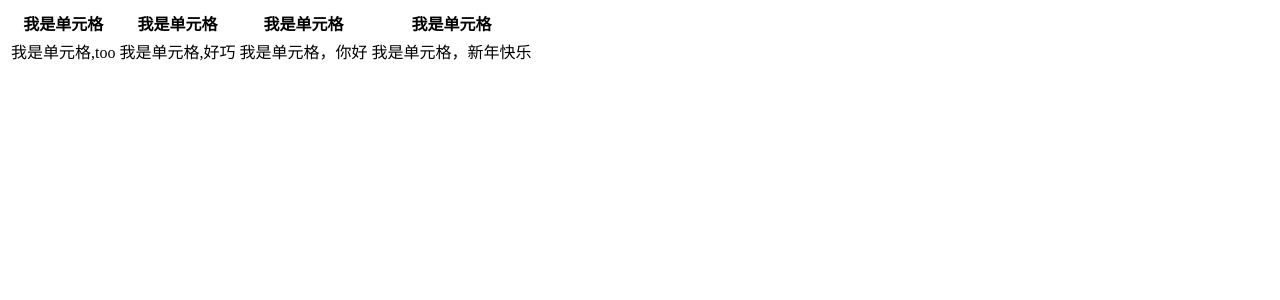
Repository: Qwenicq/My_project
Page: html/HTML_learning/2_html.html
The author's editor kept a copy of each file at every save. The page is drawn from the files as they stood at one save, then again after the next save.
The browser window is 1280 px wide. The pictures show the whole page.

Above is the page before, as saved 2023-03-28 20:38:08.

After the next save:
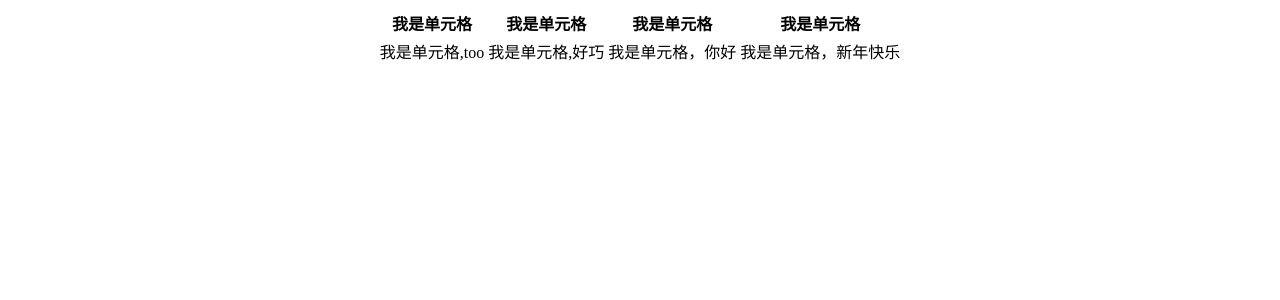
Saved 2 min 43 s later.
--- a/html/HTML_learning/2_html.html
+++ b/html/HTML_learning/2_html.html
@@ -7,14 +7,16 @@
     <title>Document</title>
 </head>
 <body>
-    <table>
+    <table align="center">
         <tr>
             <th>我是单元格</th>
+            <!-- 表头单元格 -->
             <th>我是单元格</th>
             <th>我是单元格</th>
             <th>我是单元格</th>
         </tr>
         <tr>
+        <!-- 普通单元格 -->
             <td>我是单元格,too</td>
             <td>我是单元格,好巧</td>
             <td>我是单元格，你好</td>
